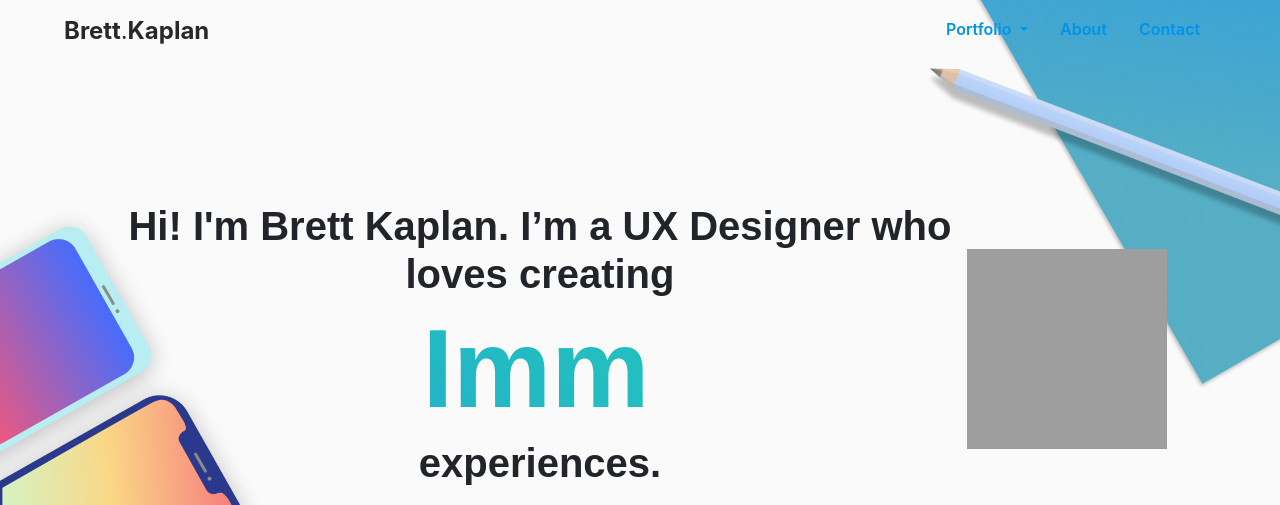
Repository: bkap1690/bkap1690.github.io
Page: index.html
The author's editor kept a copy of each file at every save. The page is drawn from the files as they stood at one save, then again after the next save.
The browser window is 1280 px wide. The pictures show the part of the page from y = 0 to 505 px (the page is 2248 px tall).
Pictures or frames that could not be fetched are drawn as grey boxes. A picture or video elsewhere on the page could not be fetched, so the positions and the page height are approximate. Backgrounds fixed to the window are drawn as part of the page. Some web libraries are served in a nearby version.

Above is the page before, as saved 2020-10-15 21:25:51.
Console error: TypeError: Cannot set properties of null (setting 'className')

### index.html
<!DOCTYPE html>
<html lang="en">

<head>
  <meta charset="UTF-8">
  <meta name="viewport" content="width=device-width, initial-scale=1.0">
  <meta http-equiv="X-UA-Compatible" content="ie=edge">
  <meta name="Description" content="Enter your description here" />
  <link rel="stylesheet" href="https://cdnjs.cloudflare.com/ajax/libs/twitter-bootstrap/4.5.0/css/bootstrap.min.css">
  <link rel="stylesheet" href="https://cdnjs.cloudflare.com/ajax/libs/font-awesome/5.13.0/css/all.min.css">
  <link rel="stylesheet" href="css/style.min.css">
  <link rel="stylesheet" href="css/hover-min.css">
  <link href="https://unpkg.com/aos@2.3.1/dist/aos.css" rel="stylesheet">
  <title>Brett Kaplan</title>
</head>
<script>
  document.body.className = 'js';
</script>

<body>
  <header>
    <nav class="navbar navbar-expand-lg navbar-light bg-light fixed-top">
      <a class="navbar-brand nav-logo pl-lg-5" href="#">Brett<span id="logo-dot">.</span>Kaplan</a>
      <button class="navbar-toggler" type="button" data-toggle="collapse" data-target="#navbarSupportedContent"
        aria-controls="navbarSupportedContent" aria-expanded="false" aria-label="Toggle navigation">
        <span class="navbar-toggler-icon"></span>
      </button>

      <div class="collapse navbar-collapse justify-content-end" id="navbarSupportedContent">
        <ul class="navbar-nav pr-lg-5">
          <li class="nav-item dropdown">
            <a class="main-nav-link hvr-underline-from-center mx-3 px-0 dropdown-toggle" href="#"
              id="navbarDropdownMenuLink" data-toggle="dropdown" aria-haspopup="true" aria-expanded="false">Portfolio
              <span class="sr-only">(current)</span></a>
            <div class="dropdown-menu" aria-labelledby="navbarDropdownMenuLink">
              <a class="dropdown-item" href="sportsstream.html">SportsStream</a>
              <a class="dropdown-item" href="citypups.html">CityPups</a>
            </div>
          </li>
          <li class="nav-item">
            <a class="main-nav-link hvr-underline-from-center mx-3 px-0" href="about.html">About</a>
          </li>
          <li class="nav-item">
            <a class="main-nav-link hvr-underline-from-center mx-3 px-0" href="contact.html">Contact</a>
          </li>
        </ul>
      </div>
    </nav>
  </header>
  <div class="top-content container-fluid">
    <div class="row justify-content-center align-items-center">
      <!-- Content here -->
      <div class="headline col-lg-8 col-md-12">
        <h1 class="text-center">
          Hi! I'm Brett Kaplan. I’m a UX Designer who loves creating
        </h1>
        <h1 class="typing heading text-center">
          <span class="txt-rotate" data-period="2000"
            data-rotate='[ "enjoyable", "immersive", "people-focused" ]'></span>
        </h1>
        <h1 class="text-center">
          experiences.
        </h1>
      </div>
      <div class="rotate-on-screen-left">
        <img src="assets/sportsstream_app_case_study_hero.png" alt="" width="200px" height="200px">
      </div>
      <div class="rotate-on-screen-right">
        <img src="assets/CityPupsMocks_Big.svg" alt="" width="300px" height="300px">
      </div>
      <!-- <div class="floating-images col-lg-4 col-md-12">
        <ul class="floating-images__container">

          <li class="floating-image">
            <div class="image img-container">
              <img src="dist/img/hero-images/x06-news_app_concept.png.pagespeed.ic.EnncIiBDpJ.webp" alt="">
            </div>
          </li>
          <li class="floating-image">
            <div class="image img-container">
              <img src="dist/img/hero-images/x07-newsletter_landing_page.png.pagespeed.ic.LBzXV0xePM.webp" alt="">
            </div>
          </li>
          <li class="floating-image">
            <div class="image img-container">
              <img src="dist/img/hero-images/x08-landing-page-template.png.pagespeed.ic.x9f71mSB3h.webp" alt="">
            </div>
          </li>
          <li class="floating-image">
            <div class="image img-container">
              <img src="dist/img/hero-images/x09-hero_idea__2.png.pagespeed.ic.W4DFxZuD9m.webp" alt="">
            </div>
          </li>
          <li class="floating-image">
            <div class="image img-container">
              <img src="assets/CityPupsMocks_thumbnail.png" alt="">
            </div>
          </li>
          <li class="floating-image">
            <div class="image img-container">
              <img src="dist/img/hero-images/x11-looper_wallpapers.png.pagespeed.ic.aa73FLs4iI.webp" alt="">
            </div>
          </li>
        </ul>
      </div> -->
    </div>
    <div class="scroll d-flex justify-content-center mt-5 pt-2"><a href="#section1">Scroll</a></div>
    <div id="section04" class="d-flex mt-1 justify-content-center">
      <a href="#section1"></a>
    </div>
  </div>





  <section id="section1" class="section-gap">
    <div class="container col-centered">
      <a href="./sportsstream.html">
        <div class="my-5 py-6 aos-init aos-animate" data-aos="fade-up" data-aos-duration="600">

          <div class="row card-project-big justify-content-between align-items-center">

            <div class="col-md-6 card-round-lg card-round-sm card-gradient-blue">
              <img width="100%" src="assets/sportsstream_app_case_study_hero.png" aria-label="Image" role="img">
            </div>

            <div class="col-md-6">
              <div class="card-body">
                <h5 class="card-title">SportsStream App</h5>
                <p class="card-subtitle">UX Design | UX Research | UI Design | Information
                  Architecture
                </p>
                <p class="card-text">Access all sporting games and events within a dedicated sports streaming app.</p>
              </div>
            </div>
          </div>
        </div>
      </a>

      <a href="./citypups.html">
        <div class="my-5 py-6 aos-init aos-animate" data-aos="fade-up" data-aos-duration="600">

          <div class="row card-project-big justify-content-between align-items-center">
            <div class="col-md-6 card-round-lg card-round-sm card-gradient-orange">
              <img width="100%" src="assets/CityPupsMocks_Big.svg" aria-label="Image" role="img">

            </div>
            <div class="col-md-6">
              <div class="card-body">
                <h5 class="card-title">CityPups</h5>
                <p class="card-subtitle">UX Design | UX Research | UI Design | Interaction
                  Design</p>
                <p class="card-text">Helping city-goers match with dogs suited to the city lifestyle.</p>
              </div>
            </div>
          </div>
        </div>
      </a>
      <!-- <a href="./sportsstream.html">
        <div class="my-5 py-6 aos-init aos-animate" data-aos="fade-up" data-aos-duration="600">

          <div class="row card-project-big justify-content-between align-items-center">
            <div class="col-md-6 card-round-lg card-round-sm card-gradient-red">
              <img width=" 100%" src="" aria-label="Image" role="img">

            </div>
            <div class="col-md-6">
              <div class="card-body">
                <h5 class="card-title">Card title</h5>
                <p class="card-text">It's a broader card with text below as a natural lead-in to extra content. This
                  content is a little longer.</p>
                <p class="card-text"><small class="text-muted">Last updated 3 mins ago</small></p>
              </div>
            </div>
          </div>
        </div>
      </a> -->

    </div>

    <!--------------- Grid Project List Style -- To Be Used At A Later Date ----------------->

    <!-- <ul class="thumbnail-grid">

        <a href="./sportsstream.html">
          <li data-aos="fade-up" data-aos-duration="600" class="thumbnail-grid-item aos-init aos-animate">
            <div class="card-project"
              style="background-image: url('assets/sportsstream_app_case_study_hero.png'); background-size: contain; background-repeat: no-repeat;">
              <div class="card-bottom">
                <h4 class="card-title">
                  SportsStream App
                </h4>
                <h5 class="card-subtitle">
                  UX/UI Design, Research, AI
                </h5>
                <p class="card-content">
                  Stream your favorite sports.
                </p>
              </div>
            </div>
          </li>
        </a>


        <a href="./citypups.html">
          <li data-aos="fade-up" data-aos-duration="600" data-aos-delay="200"
            class="thumbnail-grid-item aos-init aos-animate">
            <div class="card-project"
              style="background-image: url('assets/CityPupsMocks.png'); background-size: contain; background-repeat: no-repeat;">
              <div class="card-bottom">
                <h4 class="card-title">
                  CityPups Website
                </h4>
                <h5 class="card-subtitle">
                  UX/UI Design, Interaction Design
                </h5>
                <p class="card-content">
                  Helping city-goers find dogs.
                </p>
              </div>
            </div>
          </li>
        </a>
        <br>
        <br>
        <br>
        <a href="./works/mirror-mirror.html">
          <li data-aos="fade-up" data-aos-duration="600" data-aos-delay="200" data-aos-offset="-50"
            class="thumbnail-grid-item aos-init aos-animate">
            <div class="card-project"
              style="background-image: url('assets/CityPupsMocks.png'); background-size: contain; background-repeat: no-repeat;">
              <div class="card-bottom">
                <h4 class="card-title">
                  Relayto Platform
                </h4>
                <h5 class="card-subtitle">
                  UX Design, UX Research, AI
                </h5>
                <p class="card-content">
                  Easily transform your static PDFs into web-based presentations
                </p>
              </div>
            </div>
          </li>
        </a>

        <a href="./works/THD.html">
          <li data-aos="fade-up" data-aos-duration="600" data-aos-delay="200"
            class="thumbnail-grid-item aos-init aos-animate">
            <div class="card-project"
              style="background-image: url('assets/CityPupsMocks.png'); background-size: contain; background-repeat: no-repeat;">
              <div class="card-bottom">
                <h4 class="card-title">
                  My Home Depot Internship
                </h4>
                <h5 class="card-subtitle">
                  UX/UI Design, UX Research, Internship
                </h5>
                <p class="card-content">
                  What I learned and what I could have done during my Home Depot internship.
                </p>
              </div>
            </div>
          </li>
        </a>
      </ul> -->
    </div>
  </section>
  <a class="hidden" href="" id="scroll-to-top"><i class="fa fa-chevron-up" aria-hidden="true"></i></a>
  <!-- Footer -->
  <footer class="page-footer pt-md-5 mt-md-5 pt-sm-2 mt-sm-2">
    <!-- Footer Elements -->
    <div class="container d-flex justify-content-center">
      <!-- Grid row-->
      <div class="row">
        <!-- Grid column -->
        <div class="col-md-12 pt-5 pb-2">
          <div class="flex-center">
            <!-- Facebook -->
            <a class="sl-ic" href="https://www.facebook.com/brett.kaplan.79/" target="_blank">
              <i class="fab fa-facebook-f fa-lg white-text mr-md-4 mr-3"> </i>
            </a>
            <!--Linkedin -->
            <a class="sl-ic" href="https://www.linkedin.com/in/brettkkaplan/" target="_blank">
              <i class="fab fa-linkedin-in fa-lg white-text mr-md-4 mr-3">
              </i>
            </a>
            <!--Dribbble -->
            <a class="sl-ic" href="mailto:hello@brettkaplan.design" target="_blank">
              <i class="fab far fa-envelope fa-lg white-text mr-md-4 mr-3"> </i>
            </a>
          </div>
        </div>
        <!-- Grid column -->
      </div>
      <!-- Grid row-->
    </div>
    <!-- Footer Elements -->

    <!-- Copyright -->
    <div class="font-weight-bold text-center py-4" style="font-size: 1.2rem;">
      Email me at
      <a href="mailto:hello@brettkaplan.design">hello@brettkaplan.design</a>
    </div>
    <div class="footer-copyright text-center pb-3">
      © 2020 Copyright:
      <a href="https://brettkaplan.design/">brettkaplan.design</a>
    </div>
    <!-- Copyright -->
  </footer>
  <!-- Footer -->
  <section class="test2"></section>
  <script src="https://unpkg.com/aos@next/dist/aos.js"></script>
  <script>
    AOS.init();
  </script>

  <script src="https://code.jquery.com/jquery-3.5.1.min.js"
    integrity="sha256-9/aliU8dGd2tb6OSsuzixeV4y/faTqgFtohetphbbj0=" crossorigin="anonymous"></script>
  <script src="https://cdnjs.cloudflare.com/ajax/libs/popper.js/1.16.1/umd/popper.min.js"></script>
  <script src="https://cdnjs.cloudflare.com/ajax/libs/twitter-bootstrap/4.5.0/js/bootstrap.min.js"></script>
  <script type="text/javascript" src="js/js.js"></script>
</body>

</html>

### js/js.js
$(document).ready(function () {
  $("#secondary-nav").hide();

  // Add smooth scrolling to all links
  $("a").on("click", function (event) {
    // Make sure this.hash has a value before overriding default behavior
    if (this.hash !== "") {
      // Prevent default anchor click behavior
      event.preventDefault();

      // Store hash
      var hash = this.hash;

      // Using jQuery's animate() method to add smooth page scroll
      // The optional number (800) specifies the number of milliseconds it takes to scroll to the specified area
      $("html, body").animate({
          scrollTop: $(hash).offset().top,
        },
        800,
        function () {
          // Add hash (#) to URL when done scrolling (default click behavior)
          window.location.hash = hash;
        }
      );
    } // End if
  });
});

// Typing Effect on Hero Header

var TxtRotate = function (el, toRotate, period) {
  this.toRotate = toRotate;
  this.el = el;
  this.loopNum = 0;
  this.period = parseInt(period, 10) || 1000;
  this.txt = "";
  this.tick();
  this.isDeleting = false;
};

TxtRotate.prototype.tick = function () {
  var i = this.loopNum % this.toRotate.length;
  var fullTxt = this.toRotate[i];

  if (this.isDeleting) {
    this.txt = fullTxt.substring(0, this.txt.length - 1);
  } else {
    this.txt = fullTxt.substring(0, this.txt.length + 1);
  }

  this.el.innerHTML = '<span class="wrap">' + this.txt + "</span>";

  var that = this;
  var delta = 300 - Math.random() * 100;

  if (this.isDeleting) {
    delta /= 2;
  }

  if (!this.isDeleting && this.txt === fullTxt) {
    delta = this.period;
    this.isDeleting = true;
  } else if (this.isDeleting && this.txt === "") {
    this.isDeleting = false;
    this.loopNum++;
    delta = 500;
  }

  setTimeout(function () {
    that.tick();
  }, delta);
};

window.onload = function () {
  var elements = document.getElementsByClassName("txt-rotate");
  for (var i = 0; i < elements.length; i++) {
    var toRotate = elements[i].getAttribute("data-rotate");
    var period = elements[i].getAttribute("data-period");
    if (toRotate) {
      new TxtRotate(elements[i], JSON.parse(toRotate), period);
    }
  }
  // INJECT CSS
  var css = document.createElement("style");
  css.type = "text/css";
  css.innerHTML =
    ".txt-rotate > .wrap { border-right: 0.08em solid transparent }";
  document.body.appendChild(css);
};

$(function () {
  $(window).scroll(function (e) {
    if ($(this).scrollTop() > 800) {
      $("#secondary-nav").fadeIn("slow");
    } else {
      $("#secondary-nav").fadeOut("fast");
    }
  });
});



//Cross-browser smooth-scroll JS:

$('a[href^="#"]').on("click", function (e) {
  e.preventDefault();

  var target = this.hash;
  var $target = $(target);

  $("html, body")
    .stop()
    .animate({
        scrollTop: $target.offset().top,
      },
      700,
      "swing",
      function () {
        window.location.hash = target;
      }
    );
});

//Check to see if the window is top if not then display button
$(window).scroll(function () {
  if ($(this).scrollTop() > 300) {
    $("#scroll-to-top").fadeIn();
  } else {
    $("#scroll-to-top").fadeOut();
  }
});




//Click event to scroll to top
$("#scroll-to-top").click(function () {
  $("html, body").animate({
      scrollTop: 0,
    },
    600
  );
  return false;
});

$(document).ready(function () {
  var getMax = function () {
    return $(document).height() - $(window).height();
  };

  var getValue = function () {
    return $(window).scrollTop();
  };

  if ("max" in document.createElement("progress")) {
    var progressBar = $("progress");

    progressBar.attr({
      max: getMax(),
    });

    $(document).on("scroll", function () {
      progressBar.attr({
        value: getValue(),
      });
    });

    $(window).resize(function () {
      progressBar.attr({
        max: getMax(),
        value: getValue(),
      });
    });
  } else {
    var progressBar = $(".progress-bar"),
      max = getMax(),
      value,
      width;

    var getWidth = function () {
      value = getValue();
      width = (value / max) * 100;
      width = width + "%";
      return width;
    };

    var setWidth = function () {
      progressBar.css({
        width: getWidth(),
      });
    };

    $(document).on("scroll", setWidth);
    $(window).on("resize", function () {
      max = getMax();
      setWidth();
    });
  }
});

$(window).scroll(function () {
  $("nav").toggleClass("scrolled", $(this).scrollTop() > 100);
});

Loaded but not shown: css/style.min.css (library); css/hover-min.css (library)

After the next save:
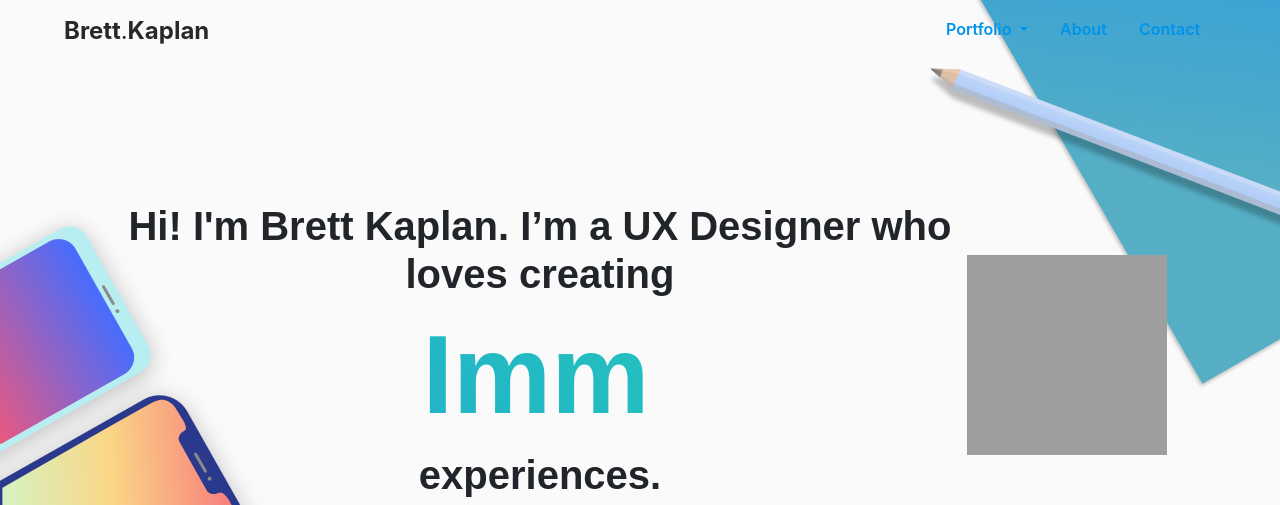
Saved 106 s later.
--- a/index.html
+++ b/index.html
@@ -54,7 +54,7 @@
         <h1 class="text-center">
           Hi! I'm Brett Kaplan. I’m a UX Designer who loves creating
         </h1>
-        <h1 class="typing heading text-center">
+        <h1 class="typing heading text-center py-3">
           <span class="txt-rotate" data-period="2000"
             data-rotate='[ "enjoyable", "immersive", "people-focused" ]'></span>
         </h1>
